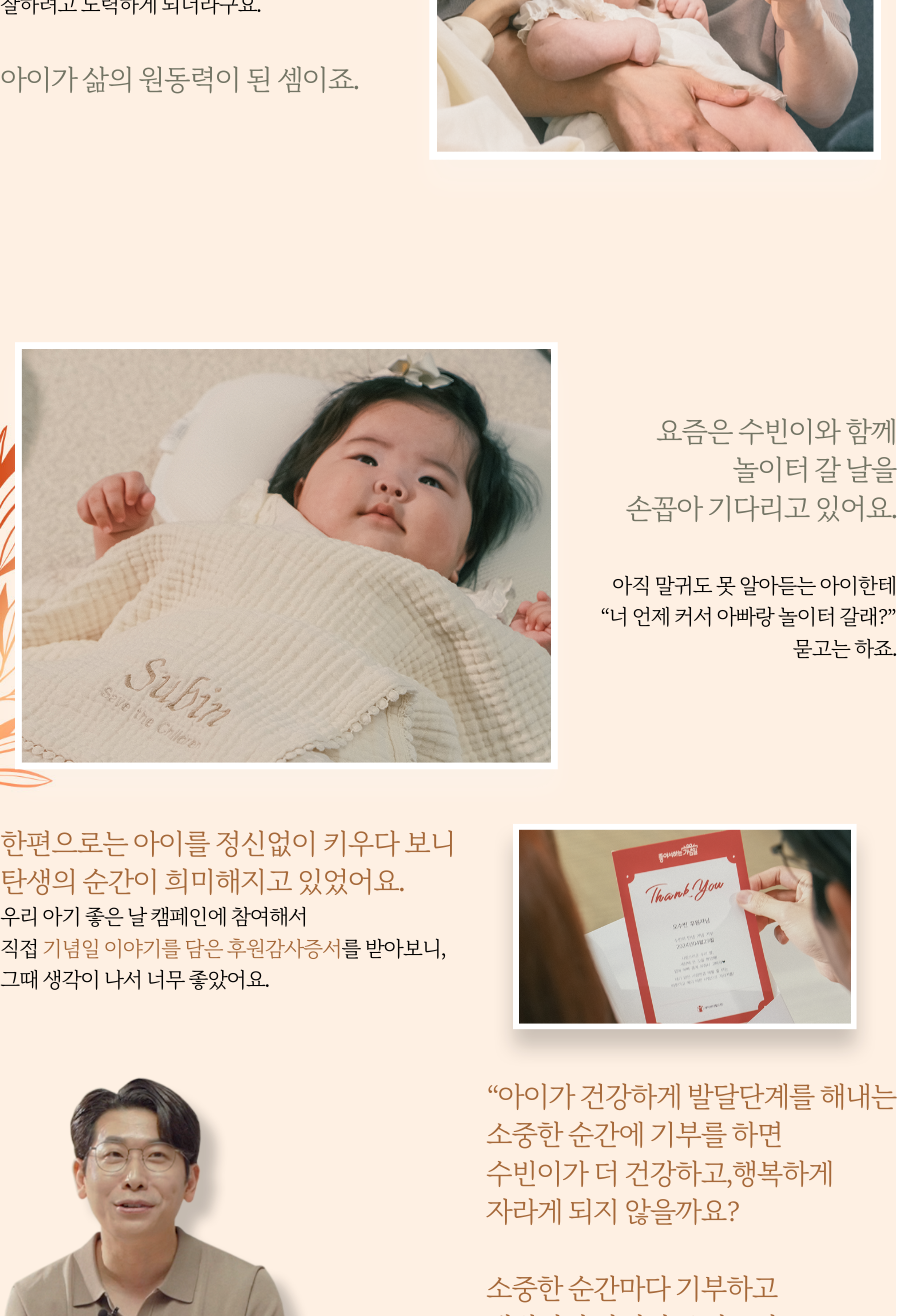
Repository: dlgywls1130/saveTheChildren
Page: index.html
These files come from the project's save history. The page is drawn as it stood at one moment and after the next save; the edit follows.
The browser window is 1280 px wide. The page is 1293 px wide, so the pictures cover 1293 px, including what lies to the right of the window. The pictures show the part of the page from y = 4620 to 6500 px (the page is 10565 px tall), at 70% of full size.
Some web fonts or font styles are not loaded; a fallback is used. The style sheet was rebuilt from its Sass, Less or Tailwind sources for each picture, by a compiler version that may differ from the author's.

Above is the page before, as saved 2024-11-01 23:00:00.

### index.html
<!DOCTYPE html>
<html lang="en">
<head>
    <meta charset="UTF-8">
    <meta name="viewport" content="width=device-width, initial-scale=1.0">
    <title>Document</title>

    <link rel="stylesheet" href="./css/common.css">
</head>
<body>

    <!-- main -->
    <section class="main_container">
        <div class="container">
            <div class="logo_title mb-60">
                <img src="./images/logo.png" alt="logo">
                <p>우리 아기 좋은 날 기부</p>
            </div>

            <p class="sub_title mb-30">
                의사 오진승, 아나운서 김도연 가족과 함께하는
            </p>

            <h2 class="mb-50">우리 아기<br>좋은 날 일기</h2>

            <p class="sub_span_text mb-40">
                여러분은 자녀의 소중한 순간을<br>
                어떻게 기념 하시나요?
            </p>

            <p class="sub_descript mb-60">
                보통 사진을 찍고 영상을 남기는 분들이 많으실 거에요. <br>
                <span>소중한 날을 특별하게 기념하는 방법</span>을<br>
                소개해드릴게요
            </p>

            <a href="#" class="record_btn">
                <img src="/images/pencle.png" alt="pencle">
                <p>우리 아기 좋은 날 기록하기</p>
            </a>
        </div>
    </section>

    <!-- 스토리섹션 -->

    <section class="story_section">
        <div class="container py-150">

            <!-- 영상 -->
            <div class="video_container mb-150">
                <video></video>
            </div>

            <div class="story_01">
                <p class="s01 mb-70">
                    “유튜브 <닥터프렌즈>를 운영하는 정신과 전문의 오진승,
                    <br>KBS 전 아나운서, 현 프리랜서 방송인 김도연입니다.
                </p>

                <p class="s01_1 mb-70">
                    세이브더칠드런과는 자립지원아동들과 미혼모가정을 위해
                    <br>기부하며 인연을 이어오고 있습니다.
                </p>

                <p class="s01_2 mb-70">
                    지난 4월, 첫 딸 수빈이가 저희에게 찾아와 주었어요.”
                </p>

                <img src="/images/s1_1.png" alt="story">
            </div>


            <div class="story_02 mb-150">
                <div class="story_02_01">
                    <div class="story_image">
                        <img src="/images/s2_1.png" alt="stroy">
                    </div>
                    <div class="story_text-contain py-150">
                        <p class="story_text_01 mb-50">
                            아이가 태어나고 많은 것이 바뀌었습니다.
                        </p>
                        <p class="story_text_02 mb-50">
                            사실 저는 아이를 좋아하는 편은 아니었어요.
                            <br>하지만 낳고 처음 마주하는 순간, 생각했어요.
                        </p>
                        <p class="story_text_03 mb-50">
                            ‘천년의 사랑이 시작되었다.’
                        </p>

                        <p class="story_text_04">
                            지금은 힘들어도 아이 얼굴만 보면 웃음이 나와요.
                        </p>
                    </div>


                </div>
            </div>

            <div class="story_03 mb-200">
                <div class="story_03_01">
                    <div class="story_text-contain py-150">
                        <p class="story_text_01 mb-100">
                            자신의 자녀를 볼 때 나오는
                            <br>도파민의 양이
                            <br>마음에 드는 이성을 보았을 때
                            <br>나오는 도파민 양의 10배나 된대요.
                        </p>
                        <p class="story_text_02 mb-60">
                            저는 현재에 안주하며 사는 편이었는데,
                            <br>딸이 태어난 후부터 삶에 대해 더 고민하며
                            <br>잘하려고 노력하게 되더라구요.
                        </p>
                        <p class="story_text_03">
                            아이가 삶의 원동력이 된 셈이죠.
                        </p>

                    </div>

                    <div class="story_image">
                        <img src="/images/s3_1.png" alt="stroy">
                    </div>



                </div>
            </div>

            <div class="story_04">
                <div class="story04_01">

                    <div class="story_image">
                        <img src="/images/s4_1.png" alt="stroy">
                    </div>

                    <div class="story_text-contain py-100">
                        <p class="story_text_01 mb-60">
                            요즘은 수빈이와 함께
                            <br>놀이터 갈 날을
                            <br>손꼽아 기다리고 있어요.
                        </p>
                        <p class="story_text_02">
                            아직 말귀도 못 알아듣는 아이한테
                            <br>“너 언제 커서 아빠랑 놀이터 갈래?”
                            <br>묻고는 하죠.
                        </p>

                    </div>

                </div>

                <div class="story04_02">

                    <div class="story_text-contain">
                        <p class="story_text_01">
                            한편으로는 아이를 정신없이 키우다 보니
                            <br>탄생의 순간이 희미해지고 있었어요.
                        </p>
                        <p class="story_text_02">
                            우리 아기 좋은 날 캠페인에 참여해서
                            <br>직접 <span>기념일 이야기를 담은 후원감사증서</span>를 받아보니,
                            <br>그때 생각이 나서 너무 좋았어요.
                        </p>

                    </div>

                    <div class="story_image">
                        <img src="/images/s4_2.png" alt="stroy">
                    </div>

                </div>
            </div>

            <div class="story_05">
                <div class="story_05_01">
                    <div class="img_story">
                        <img src="/images/s5_1.png">
                    </div>
                    <div class="story_text">
                        “아이가 건강하게 발달단계를 해내는
                        <br>소중한 순간에 기부를 하면
                        <br>수빈이가 더 건강하고,행복하게
                        <br>자라게 되지 않을까요?
                        <br>
                        <br>소중한 순간마다 기부하고
                        <br>앨범처럼 남겨서 보여주면
                        <br>자랑스러운 부모가 될 것 같아요”
                    </div>
                </div>

                <div class="story_05_02">

                    <div class="story_text">
                        “저는 칭찬 받거나 스스로에게 자부심을
                        <br>느낀 순간은 오래 기억된다고 생각해요.
                        <br>
                        <br>내 아이에게 ‘네가 첫 양치질을 잘 해낸
                        <br>기념으로  다른 친구를 도왔어.’ 라고
                        <br>말해준다면 그 뿌듯함을 밑거름으로
                        <br>자기 자신과 다른 사람 모두 사랑할 수 있는
                        <br>아이로 성장하지 않을까요?”
                    </div>

                    <div class="img_story">
                        <img src="/images/s5_2.png">
                    </div>

                </div>


                <div class="middle_cotain">
                    <p>첫 걸음마, 첫돌, 처음 엄마 아빠를 부른 날, 처음 비를 맞아본 날,
                    처음 놀이터에 간 날, 그 소중한 순간을 기부로 기록해 보세요.</p>

                    <p>후원해주신 모든 분들께 직접 작성한 기념일 이야기가 담긴 <span>후원감사증서</span>를 드리며,
                    30만원 이상 후원해 주신 분들께는 이름을 수놓은 <span>순면거즈블랭킷</span>을 증정하고 있습니다. </p>

                    <div class="middle_image">
                        <div class="middel_left">
                            <img src="/images/s6_1.png">
                        </div>
                        <div class="middel_right">
                            <img src="/images/s6_2.png">
                        </div>

                        <img src="" class="float_image">
                    </div>


                    <a href="#" class="record_btn">
                        <img src="/images/pencle.png" alt="pencle">
                        <p>우리 아기 좋은 날 기록하기</p>
                    </a>
                </div>



            </div>

        </div>


    </section>

    <!-- 후원신청 과정 -->

    <section class="sponsor_section">
        <div class="container">

            <div class="sponsor-container">
                <h2>후원신청 과정</h2>

                <div class="sponsor_list">
                    <div class="sponsor_list_inner">
                        <div class="list-inner-img">
                            <img src="">
                        </div>
                        <p>후원신청하기</p>

                    </div>
                    <span class="arrow-img"><img src=""></span>
                    <div class="sponsor_list_inner">
                        <div class="list-inner-img">
                            <img src="">
                        </div>
                        <p>후원감사증서<br>메시지 적기</p>

                    </div>
                    <span class="arrow-img"><img src=""></span>
                    <div class="sponsor_list_inner">
                        <div class="list-inner-img">
                            <img src="">
                        </div>
                        <p>신청완료</p>

                    </div>
                    <span class="arrow-img"><img src=""></span>
                    <div class="sponsor_list_inner">
                        <div class="list-inner-img">
                            <img src="">
                        </div>
                        <p>후원감사증서 발송<br>(1주일이내)</p>

                    </div>
                </div>

                <p class="info-span">30만원 이상 후원자 분들께는 순면거즈블랭킷 제작을 위한 문자가 별도 발송됩니다. (후원 2-3일 이내)</p>
            </div>


            <div class="sponsor-inner">
                <h2>후원금, 이렇게 쓰여요!</h2>

                <p>
                    세이브더칠드런은 국내외 아동을 대상으로
                    생계지원, 의료지원,  영유아용품지원, 재해재난 상황에서의
                    긴급구호 등의 활동을 진행하고 있습니다.

                    보내주신 후원금은 정치, 종교, 인종에 관계없이
                    모든 아이들을 구해야 한다는  세이브더칠드런의 신념에 따라
                    가장 도움 필요한 아이를 위해 우선 사용됩니다.

                </p>

                <img src="/images/baby.png">
            </div>
        </div>

    </section>

    <!-- faq -->
    <section class="faq_section">
        <div class="container">
            <h2>FAQ</h2>

            <ul class="faq_list">
                <li>
                    <div class="faq_question">
                        <img src="/images/leaves.png">
                        <p>30만원 이상 후원했습니다. 거즈 순면 블랭킷은 언제 오나요?</p>
                    </div>
                    <div class="faq_answer">
                        우리 아기 좋은 날 기부로 30만원 이상 후원자님들께는 담요에 수놓을 아기 이름과 선물 수령 주소
                        확인을 위한 문자가 발송됩니다. 02-6900-4479로 발송되는 문자 속 설문조사에 답해주세요.
                        확인을 완료하신 분들께는 블랭킷 제작을 담당하고 있는 조니 스튜디오에서 아기 이름 자수
                        작업 완료 후 배송해 드립니다.

                    </div>
                </li>
                <li>
                    <div class="faq_question">
                        <img src="/images/leaves.png">
                        <p>순면 거즈 블랭킷, 안전한 제품인가요? </p>
                    </div>
                    <div class="faq_answer">
                        본 블랭킷은 워싱된 3중 거즈로 제작되었으며, KC안전검사를 완료하였습니다.
                        소재 특성상 섬유 조각이 발생할 수 있어 망에 넣지 않고 3번 정도 물빨래 하시는 것을 권장합니다.

                    </div>
                </li>
                <li>
                    <div class="faq_question">
                        <img src="/images/leaves.png">
                        <p>순면 거즈 블랭킷을 받았는 데 하자가 있어요. 어떻게 해야 하나요? </p>
                    </div>
                    <div class="faq_answer">
                        물품에 동봉된 조니스튜디오 연락처로 연락 부탁드립니다. 하자 물품에 대한 교환은 수령일로부터
                        7일 이내에 조니스튜디오에 연락해주셔야 하며, 이로 인한 후원금 환불은 어렵습니다.

                    </div>
                </li>
                <li>
                    <div class="faq_question">
                        <img src="/images/leaves.png">
                        <p>후원감사증서에 넣을 수 있는 사진 사이즈는 얼마인가요?</p>
                    </div>
                    <div class="faq_answer">
                        사진 인화 사이즈 5*7 인치에 맞추어서 제작되었습니다.  그보다 작은 사진일 경우,
                        후원감사증서  내부의 주머니에 넣어 보관하실 수도  있습니다.

                    </div>
                </li>
            </ul>
        </div>
    </section>
</body>
</html>

Loaded but not shown: css/common.scss (652 lines, source omitted)

After the next save:
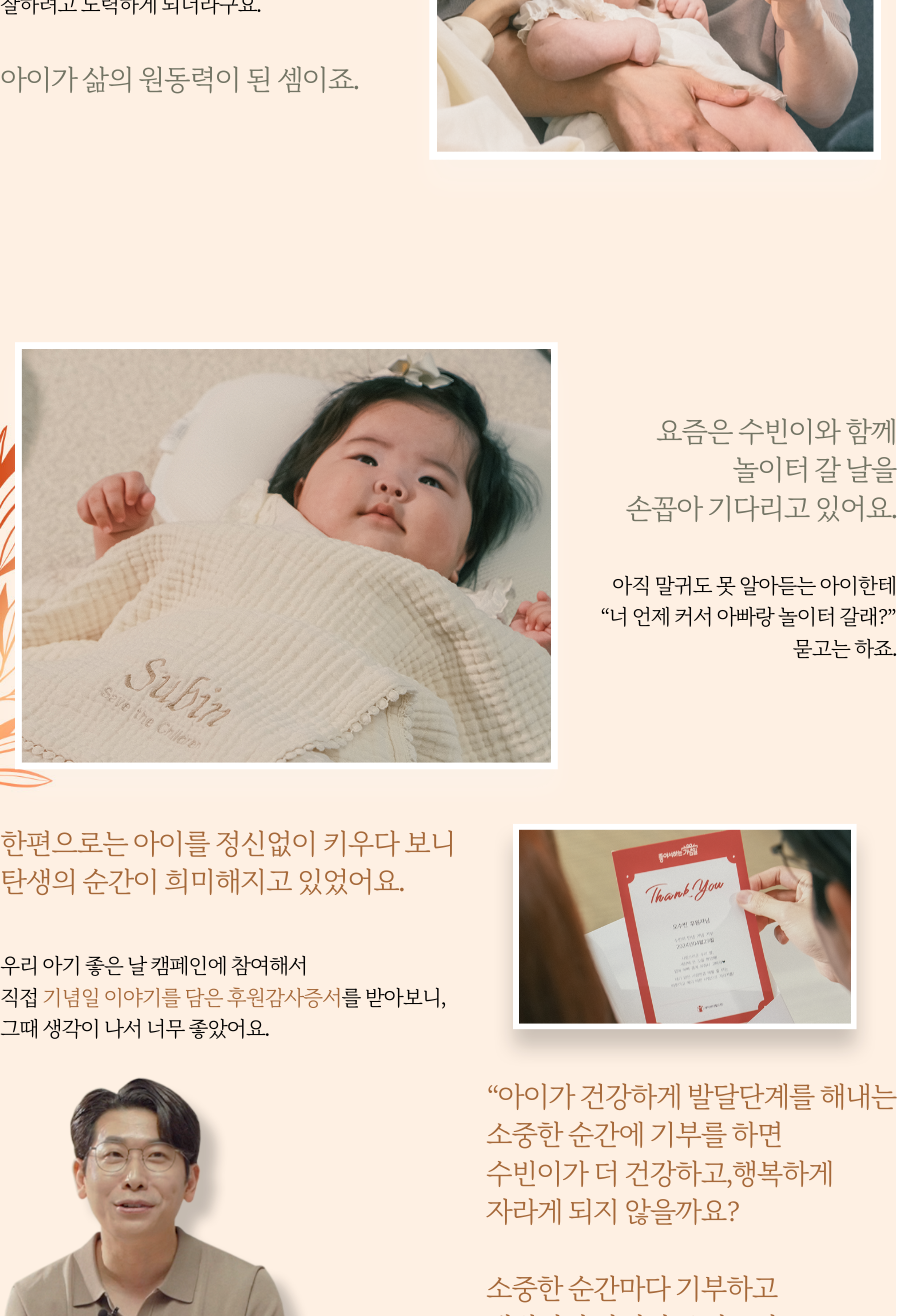
Saved 12 s later.
--- a/index.html
+++ b/index.html
@@ -151,7 +151,7 @@
                 <div class="story04_02">
 
                     <div class="story_text-contain">
-                        <p class="story_text_01">
+                        <p class="story_text_01 mb-70">
                             한편으로는 아이를 정신없이 키우다 보니
                             <br>탄생의 순간이 희미해지고 있었어요.
                         </p>
